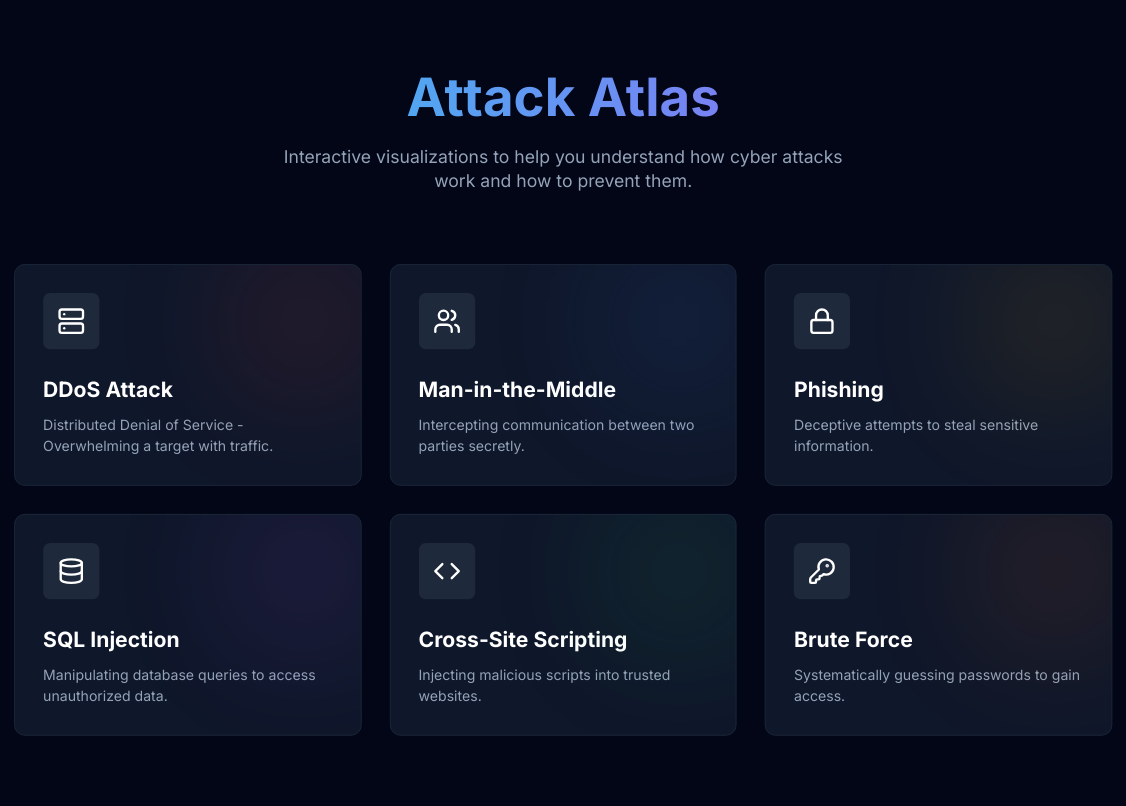
Repository: EthanOndreicka/AttackAtlas
Page: /
An editor plug-in stored every save of this project. The page is shown before and after the next save, followed by the edit.
The browser window is 1280 px wide. The pictures show the whole page, at 88% of full size.
The project was rebuilt for these pictures with package versions that can differ from the ones it lists, and the page was loaded fresh each time. The framework's server and built-in components were replaced by stand-ins that run in the browser. Also part of the build but not shown: next.config.js.

Above is the page before, as saved 2025-12-02 22:21:41.

### src/app/layout.tsx
import type { Metadata } from 'next'
import { Inter } from 'next/font/google'
import './globals.css'

const inter = Inter({ subsets: ['latin'] })

export const metadata: Metadata = {
  title: 'Attack Atlas',
  description: 'Interactive visualizations of cyber attacks',
}

export default function RootLayout({
  children,
}: {
  children: React.ReactNode
}) {
  return (
    <html lang="en">
      <body className={inter.className}>{children}</body>
    </html>
  )
}

### src/app/page.tsx
'use client';

import Link from 'next/link';
import { motion } from 'framer-motion';
import { Shield, Users, Server, Lock, Database, Code, KeyRound } from 'lucide-react';

const attacks = [
  {
    id: 'ddos',
    title: 'DDoS Attack',
    description: 'Distributed Denial of Service - Overwhelming a target with traffic.',
    icon: Server,
    color: 'bg-red-500',
    href: '/attacks/ddos'
  },
  {
    id: 'mitm',
    title: 'Man-in-the-Middle',
    description: 'Intercepting communication between two parties secretly.',
    icon: Users,
    color: 'bg-blue-500',
    href: '/attacks/mitm'
  },
  {
    id: 'phishing',
    title: 'Phishing',
    description: 'Deceptive attempts to steal sensitive information.',
    icon: Lock,
    color: 'bg-yellow-500',
    href: '/attacks/phishing'
  },
  {
    id: 'sqli',
    title: 'SQL Injection',
    description: 'Manipulating database queries to access unauthorized data.',
    icon: Database,
    color: 'bg-purple-500',
    href: '/attacks/sqli'
  },
  {
    id: 'xss',
    title: 'Cross-Site Scripting',
    description: 'Injecting malicious scripts into trusted websites.',
    icon: Code,
    color: 'bg-green-500',
    href: '/attacks/xss'
  },
  {
    id: 'bruteforce',
    title: 'Brute Force',
    description: 'Systematically guessing passwords to gain access.',
    icon: KeyRound,
    color: 'bg-orange-500',
    href: '/attacks/bruteforce'
  }
];

export default function Home() {
  return (
    <main className="min-h-screen bg-slate-950 text-white selection:bg-cyan-500 selection:text-cyan-900">
      <div className="container mx-auto px-4 py-20">
        <motion.div
          initial={{ opacity: 0, y: 20 }}
          animate={{ opacity: 1, y: 0 }}
          transition={{ duration: 0.8 }}
          className="text-center mb-20"
        >
          <h1 className="text-6xl font-bold mb-6 bg-gradient-to-r from-cyan-400 to-purple-500 text-transparent bg-clip-text">
            Attack Atlas
          </h1>
          <p className="text-xl text-slate-400 max-w-2xl mx-auto">
            Interactive visualizations to help you understand how cyber attacks work and how to prevent them.
          </p>
        </motion.div>

        <div className="grid grid-cols-1 md:grid-cols-2 lg:grid-cols-3 gap-8">
          {attacks.map((attack, index) => (
            <motion.div
              key={attack.id}
              initial={{ opacity: 0, y: 20 }}
              animate={{ opacity: 1, y: 0 }}
              transition={{ delay: index * 0.1 + 0.5 }}
            >
              <Link href={attack.href} className="block group h-full">
                <div className="bg-slate-900 border border-slate-800 rounded-xl p-8 hover:border-cyan-500/50 transition-colors duration-300 h-full relative overflow-hidden">
                  <div className={`absolute top-0 right-0 w-32 h-32 ${attack.color} blur-[80px] opacity-20 group-hover:opacity-30 transition-opacity`} />

                  <div className="mb-6 inline-block p-4 rounded-lg bg-slate-800 group-hover:bg-slate-700 transition-colors">
                    <attack.icon className="w-8 h-8 text-white" />
                  </div>

                  <h2 className="text-2xl font-bold mb-3 group-hover:text-cyan-400 transition-colors">
                    {attack.title}
                  </h2>
                  <p className="text-slate-400">
                    {attack.description}
                  </p>
                </div>
              </Link>
            </motion.div>
          ))}
        </div>
      </div>
    </main>
  );
}

Loaded but not shown: src/app/globals.css (common file); tailwind.config.ts (common file)

After the next save:
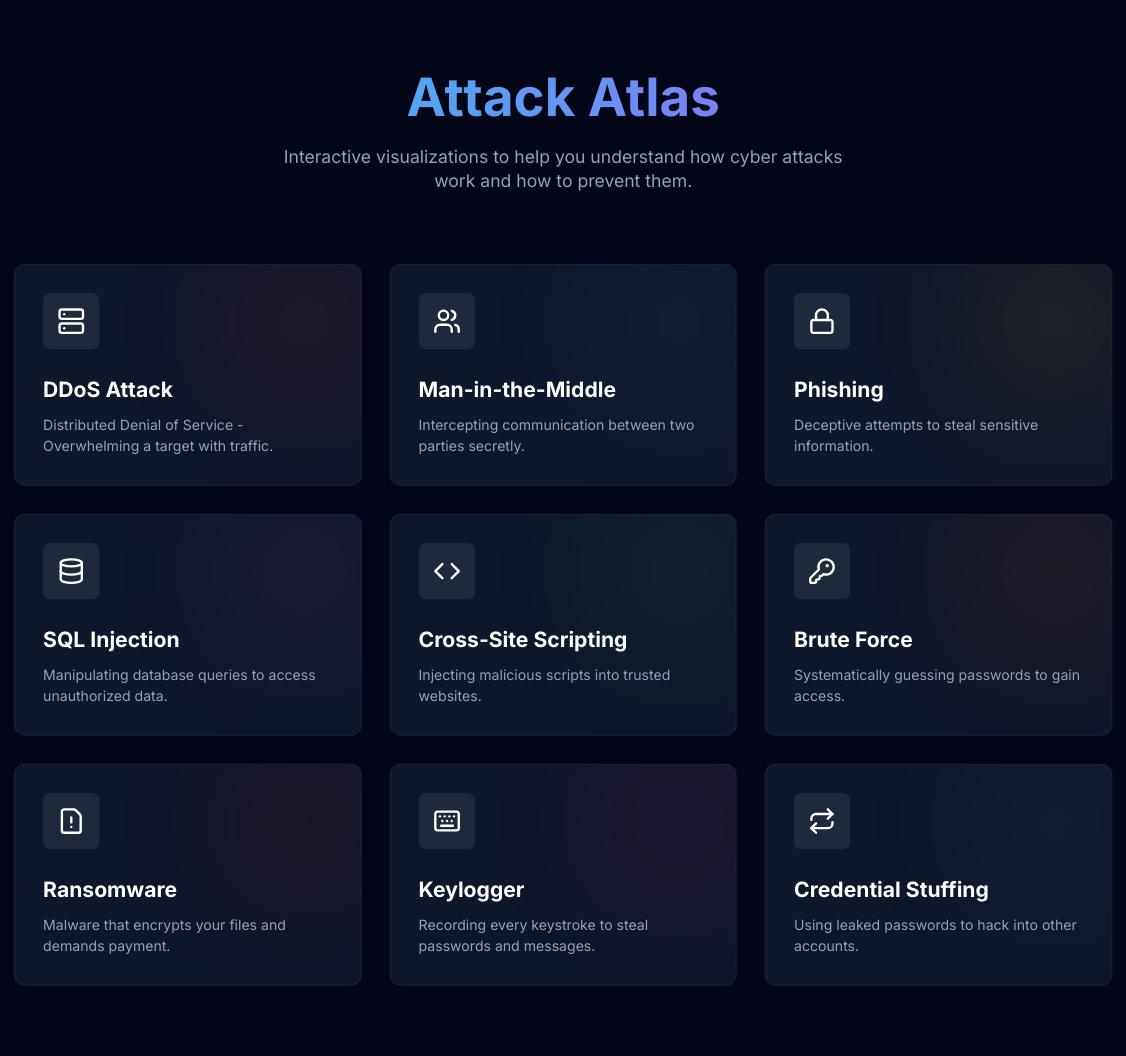
Saved 7 min 48 s later.
--- a/src/app/page.tsx
+++ b/src/app/page.tsx
@@ -2,7 +2,7 @@
 
 import Link from 'next/link';
 import { motion } from 'framer-motion';
-import { Shield, Users, Server, Lock, Database, Code, KeyRound } from 'lucide-react';
+import { Shield, Users, Server, Lock, Database, Code, KeyRound, FileWarning, Keyboard, Repeat } from 'lucide-react';
 
 const attacks = [
   {
@@ -52,6 +52,30 @@ const attacks = [
     icon: KeyRound,
     color: 'bg-orange-500',
     href: '/attacks/bruteforce'
+  },
+  {
+    id: 'ransomware',
+    title: 'Ransomware',
+    description: 'Malware that encrypts your files and demands payment.',
+    icon: FileWarning,
+    color: 'bg-red-700',
+    href: '/attacks/ransomware'
+  },
+  {
+    id: 'keylogger',
+    title: 'Keylogger',
+    description: 'Recording every keystroke to steal passwords and messages.',
+    icon: Keyboard,
+    color: 'bg-pink-600',
+    href: '/attacks/keylogger'
+  },
+  {
+    id: 'credential-stuffing',
+    title: 'Credential Stuffing',
+    description: 'Using leaked passwords to hack into other accounts.',
+    icon: Repeat,
+    color: 'bg-indigo-500',
+    href: '/attacks/credential-stuffing'
   }
 ];
 
